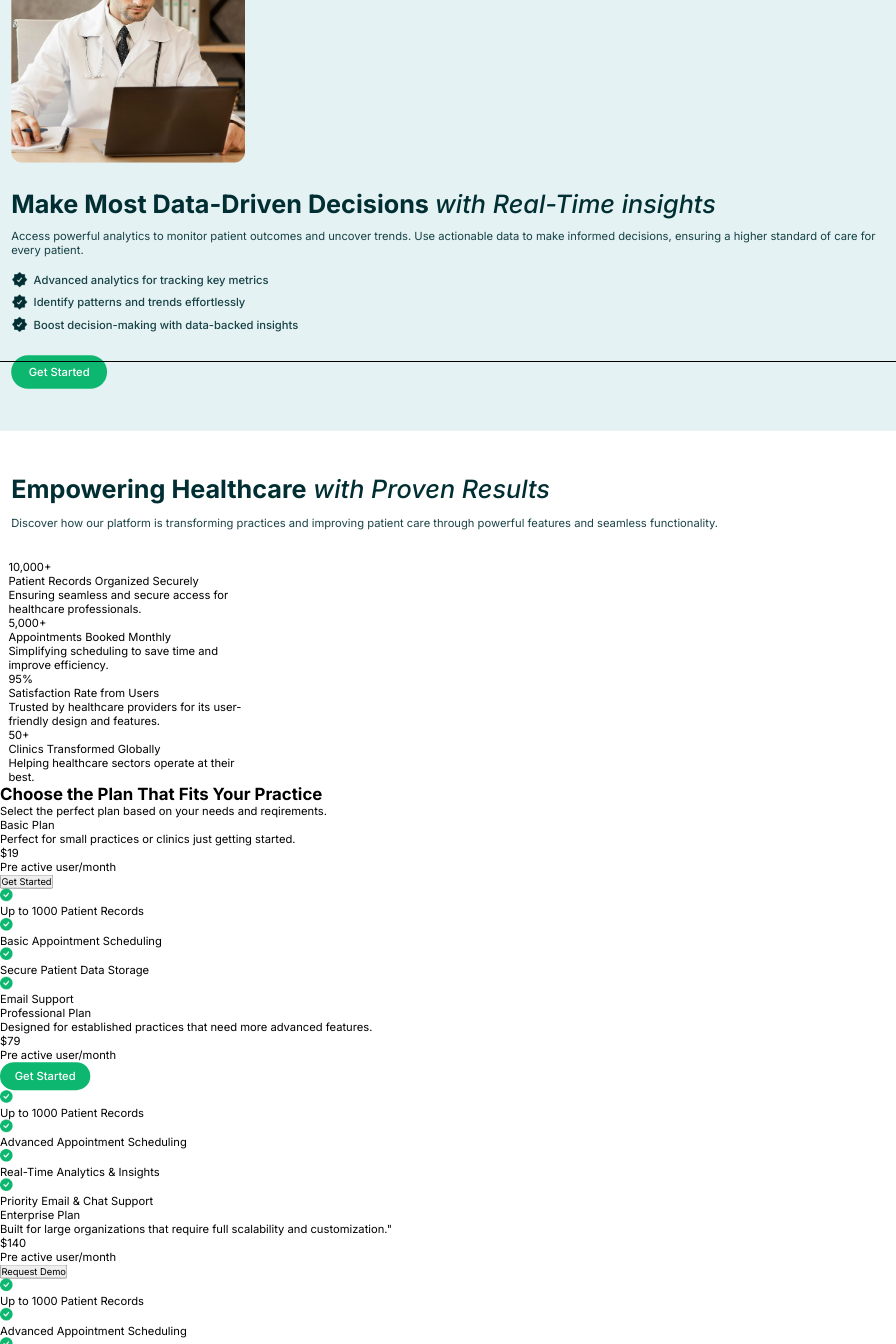
Repository: DiegoWWeege/recuperacao-prova-front-end
Page: index.html
These files come from the project's save history. The page is drawn as it stood at one moment and after the next save; the edit follows.
The browser window is 1280 px wide. The pictures show the part of the page from y = 2388 to 4308 px (the page is 4383 px tall), at 70% of full size.

Above is the page before, as saved 2026-06-22 19:10:59.

After the next save:
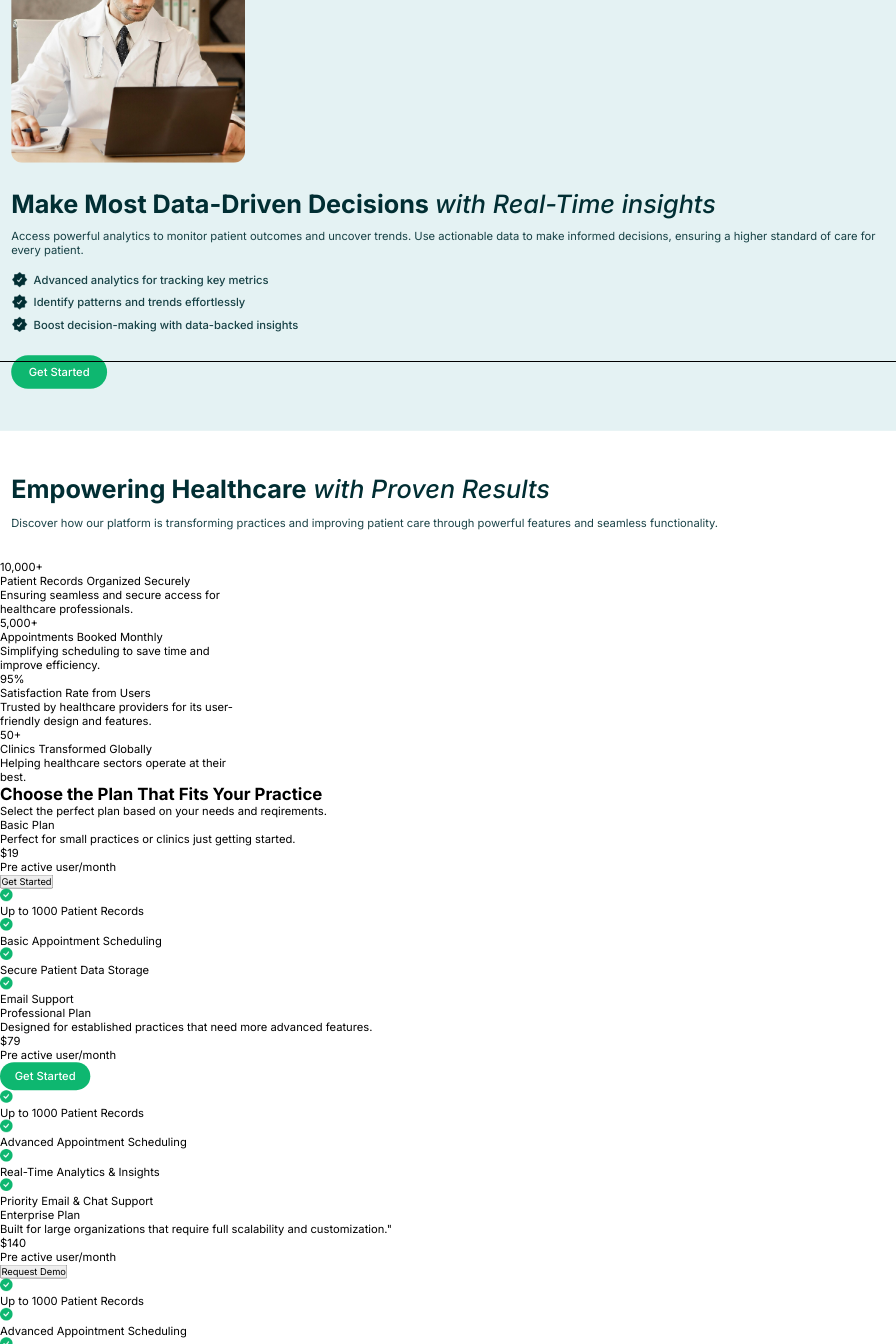
Saved 22 s later.
--- a/style.css
+++ b/style.css
@@ -207,5 +207,7 @@ header section{
     border-radius: 16px;
     margin-left: 1rem;
     margin-right: 1rem;
-}   margin-left: 0.75rem;
-}
+}
+
+.boxes   margin-left: 0.75rem;
+}
